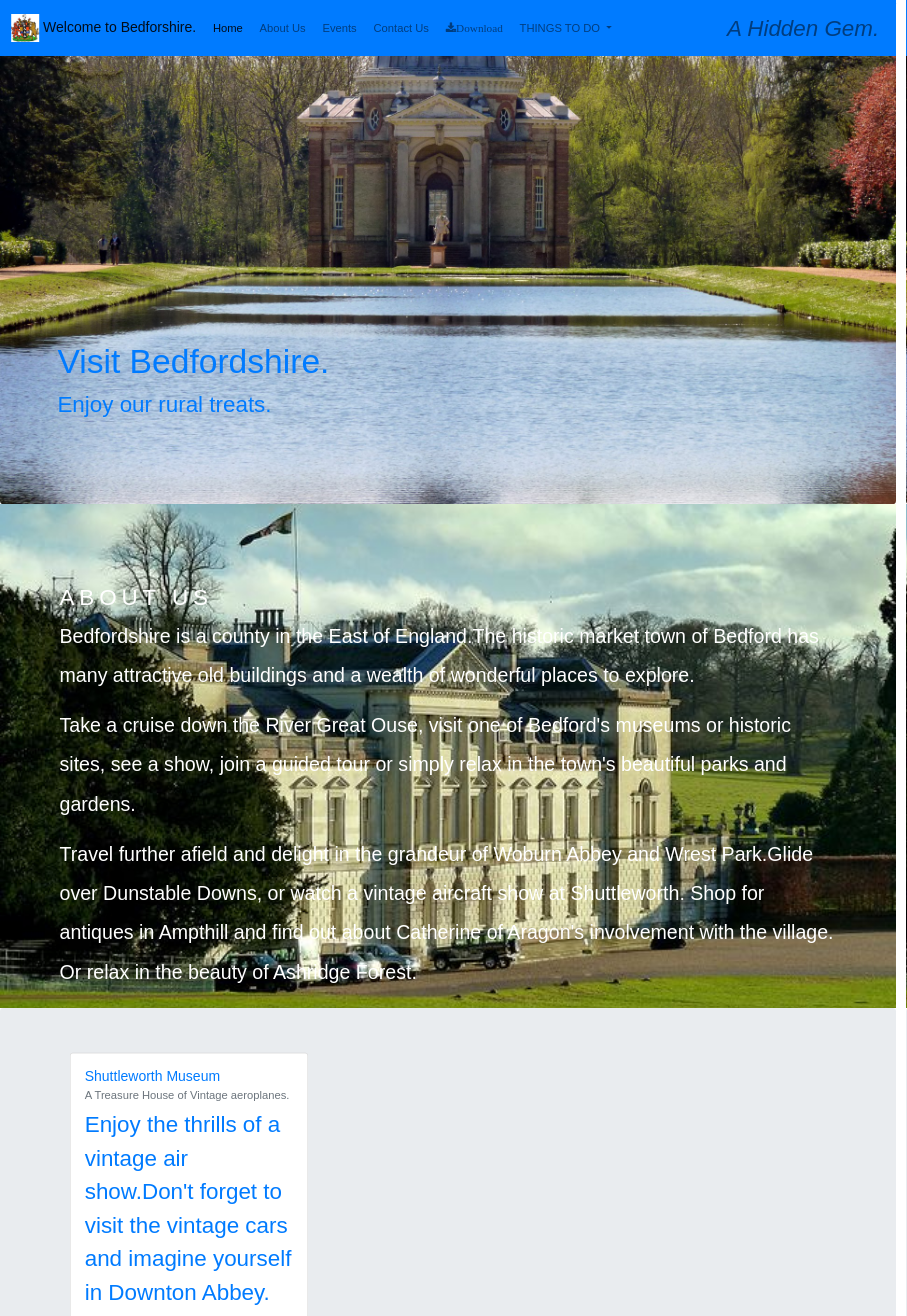
Repository: margaretalice/wrest
Page: index.html
The author's editor kept a record of every edit. The page is drawn from the files as they stood at one moment, then again after the next edit.
The browser window is 1280 px wide. The page is 1295 px wide, so the pictures cover 1295 px, including what lies to the right of the window. The pictures show the part of the page from y = 0 to 1880 px (the page is 5794 px tall), at 70% of full size.
Backgrounds fixed to the window are drawn as part of the page.

Above is the page before.

After the next edit:
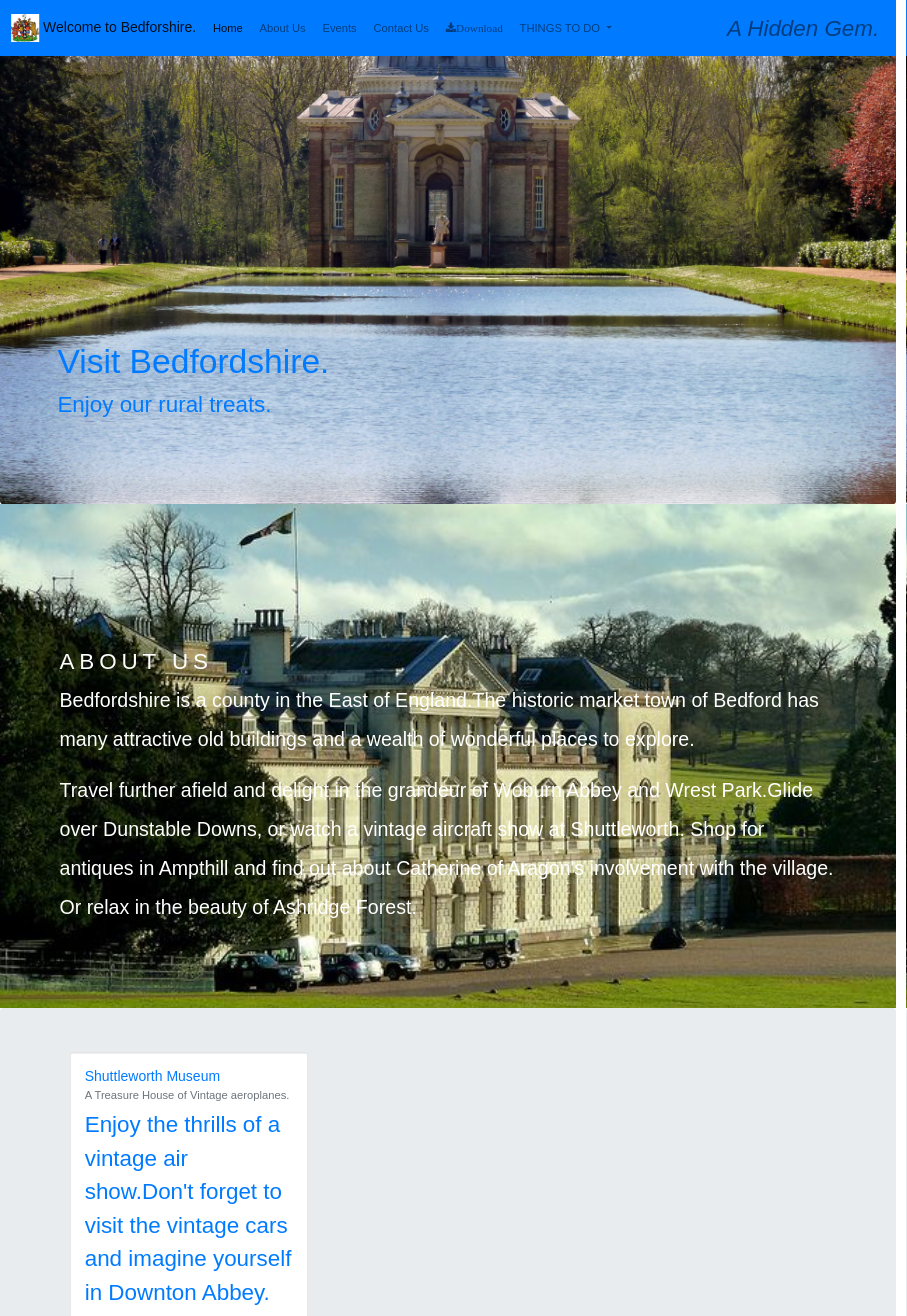
The edit:
--- a/index.html
+++ b/index.html
@@ -108,7 +108,7 @@
 
                 <p class='about-p'>Bedfordshire is a county in the East of England.The historic market town of Bedford has many attractive old buildings and a wealth of wonderful places to explore.</p>
 
-                <p class='about-p hidden-sm'>Take a cruise down the River Great Ouse, visit one of Bedford's museums or historic sites, see a show, join a guided tour or simply relax in the town's beautiful parks and gardens.</P>
+                <p class='about-p>Take a cruise down the River Great Ouse, visit one of Bedford's museums or historic sites, see a show, join a guided tour or simply relax in the town's beautiful parks and gardens.</P>
                 </div>
                 <div>
 

After the 2 edits that followed:
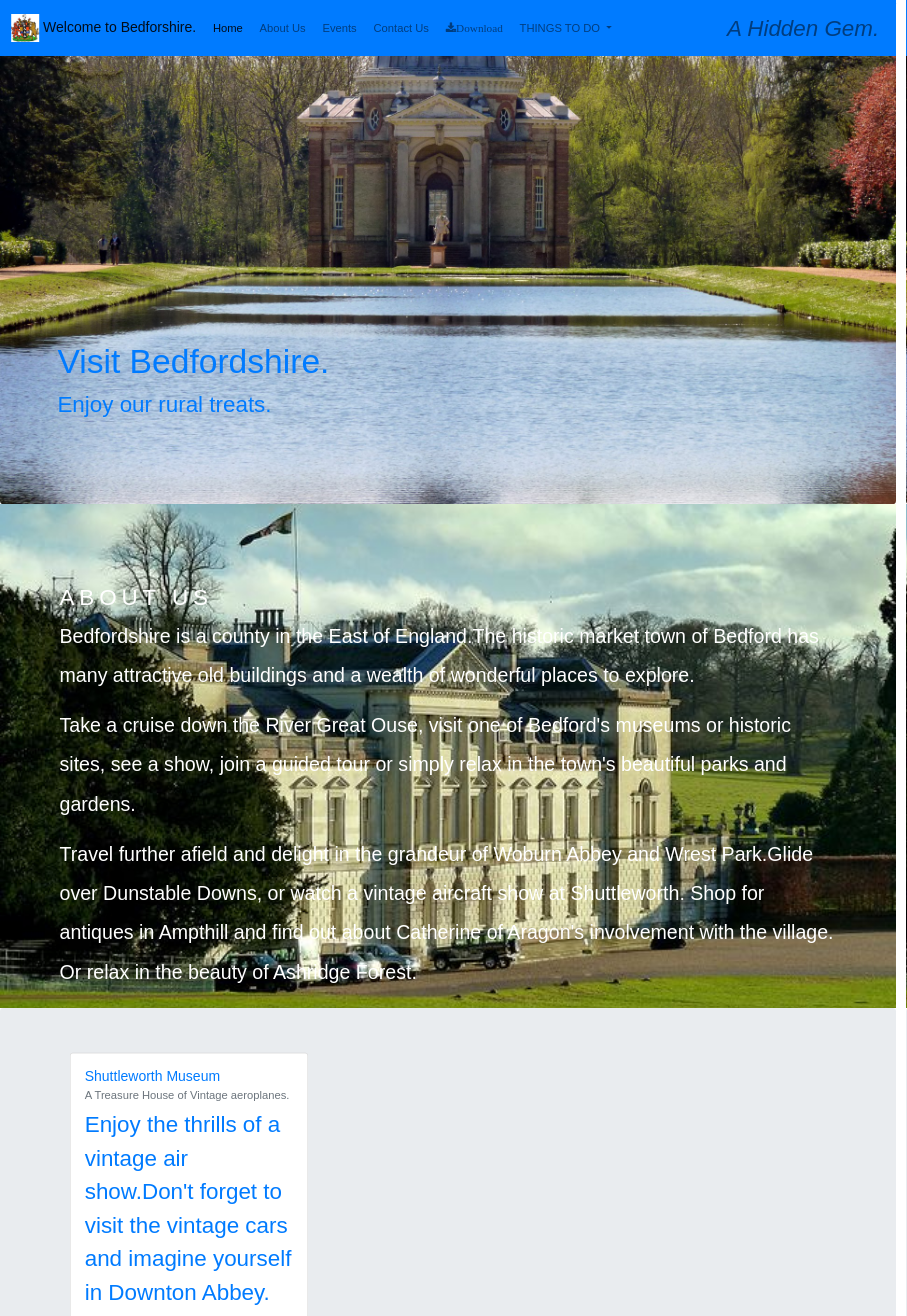
The 2 edits are shown as one change because 1 left the picture as it was.
The edit:
--- a/index.html
+++ b/index.html
@@ -108,7 +108,7 @@
 
                 <p class='about-p'>Bedfordshire is a county in the East of England.The historic market town of Bedford has many attractive old buildings and a wealth of wonderful places to explore.</p>
 
-                <p class='about-p>Take a cruise down the River Great Ouse, visit one of Bedford's museums or historic sites, see a show, join a guided tour or simply relax in the town's beautiful parks and gardens.</P>
+                <p class=>Take a cruise down the River Great Ouse, visit one of Bedford's museums or historic sites, see a show, join a guided tour or simply relax in the town's beautiful parks and gardens.</P>
                 </div>
                 <div>
 
@@ -116,7 +116,7 @@
 
 
 
-                <p class='about-p'col-sm-hidden >Travel further afield and delight in the grandeur of Woburn Abbey and Wrest Park.Glide over Dunstable Downs, or watch a vintage aircraft show at Shuttleworth. Shop for antiques in Ampthill and find out about Catherine of Aragon's involvement
+                <p class=>Travel further afield and delight in the grandeur of Woburn Abbey and Wrest Park.Glide over Dunstable Downs, or watch a vintage aircraft show at Shuttleworth. Shop for antiques in Ampthill and find out about Catherine of Aragon's involvement
                     with the village. Or relax in the beauty of Ashridge Forest.</P>
 
             </div>
